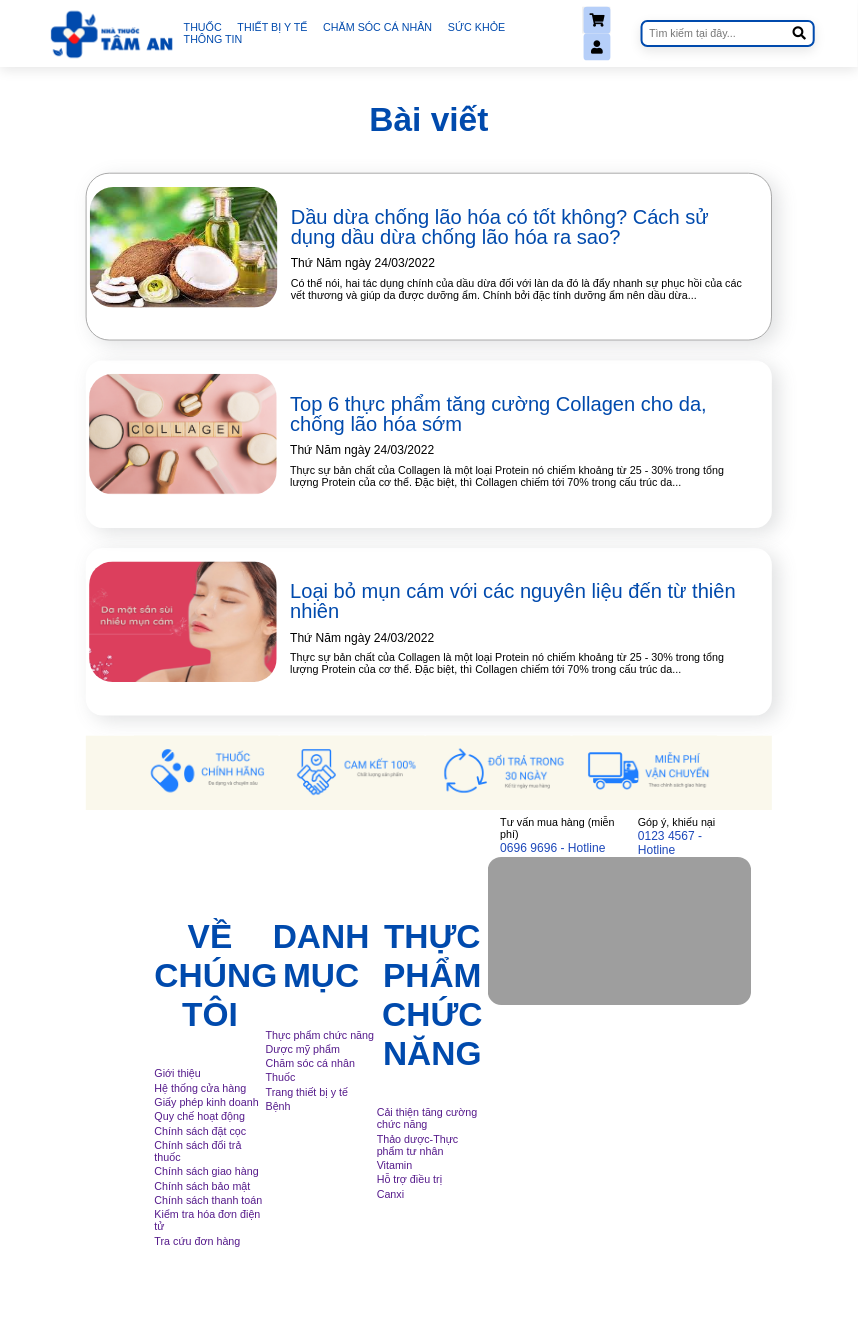
Repository: ViralAIWorks/TamAnPharmacy.github.io
Page: pages/chamsoccanhan.html
The author's editor kept a copy of each file at every save. The page is drawn from the files as they stood at one save, then again after the next save.
The browser window is 1280 px wide. The pictures show the whole page, at 67% of full size.
The pointer rests on the first visible `.t-news`.
Pictures or frames that could not be fetched are drawn as grey boxes. Some web fonts or font styles are not loaded; a fallback is used.

Above is the page before, as saved 2022-03-23 19:21:54.
Console error: ReferenceError: Swiper is not defined

### pages/chamsoccanhan.html
<!DOCTYPE html>
<html lang="en">

<head>
    <meta charset="UTF-8">
    <meta http-equiv="X-UA-Compatible" content="IE=edge">
    <meta name="viewport" content="width=device-width, initial-scale=1.0">
    <title>Sức Khỏe</title>
    <link rel="stylesheet" href="https://cdnjs.cloudflare.com/ajax/libs/font-awesome/5.15.4/css/all.min.css" />
    <link rel="stylesheet" href="./chamsoccanhan.css">
    <link rel="stylesheet" href="./style/style_cactrang.css">

</head>

<body>
    <header>
        <header class="header">
            <a href="../index.html">
                <img src="images/logo/logo2.png" width="200px" height="200px" alt="tamanlogo" />
            </a>
            <!--tao thanh navbar-->
            <nav class="navbar">
                <a href="../pages/Giohang/cart.html">THUỐC</a>
                <a href="../pages/Giohang/tbyt.html">THIẾT BỊ Y TẾ</a>
                <a href="../pages/chamsoccanhan.html">CHĂM SÓC CÁ NHÂN</a>
                <a href="../pages/suckhoe.html">SỨC KHỎE</a>
                <a href="../pages/thongtin.html">THÔNG TIN</a>
            </nav>
            <!--tao thanh tim kiem, gio hang va nutlogin-->
            <div class="icons">
                <div class="fas fa-search" id="search-btn"></div>
                <button id="cart">
                <div class="fas fa-shopping-cart" id="cart-btn" aria-hidden="true"></div>
            </button>

                <div class="fas fa-user" id="login-btn"></div>
            </div>

            <!--Tao form tim kiem-->
            <form action="" class="search-form">
                <input type="search" id="search-box" placeholder="Tìm kiếm tại đây..." />
                <label for="search-box" class="fas fa-search"></label>
            </form>

            <!--tao form login-->
            <form action="" class="login-form">
                <h3>Đăng nhập</h3>
                <input type="email" placeholder="Email" class="box">
                <br />
                <input type="password" placeholder="Password" class="box">
                <p>Quên mật khẩu? <a href="#">Click vào đây</a></p>
                <p>Chưa có tài khoản? <a href="pages/signupform.html">Đăng ký ngay</a></p>
                <input type="submit" value="Đăng Nhập" class="btn">
            </form>
        </header>
        <div class="ss-chuyende-news">
            <h2>Bài viết</h2>
            <!-- blog-1 -->
            <article class="t-news">
                <div class="blog-img">
                    <div>
                        <a href="blog/khoedep1.HTML">
                            <img src="./blog/22.jfif" alt="Dầu dừa chống lão hóa có tốt không? Cách sử dụng dầu dừa chống lão hóa ra sao?" class="loaded">
                        </a>
                    </div>
                </div>
                <div class="width-h3">
                    <div class="blog-link">
                        <a href="blog/khoedep1.HTML">
                        Dầu dừa chống lão hóa có tốt không? Cách sử dụng dầu dừa chống lão hóa ra sao?                        </a>
                    </div>
                    <br>
                    <div class="blog-content">
                        <span class="date">Thứ Năm ngày 24/03/2022</span>
                    </div>
                    <p>Có thể nói, hai tác dụng chính của dầu dừa đối với làn da đó là đẩy nhanh sự phục hồi của các vết thương và giúp da được dưỡng ẩm. Chính bởi đặc tính dưỡng ẩm nên dầu dừa...</p>
                </div>
            </article>
            <!-- khoedep1 -->
            <article class="t-news">
                <div class="blog-img">
                    <div>
                        <a href="blog/khoedep2.HTML">
                            <img src="./blog/23.png" alt="Top 6 thực phẩm tăng cường Collagen cho da, chống lão hóa sớm" class="loaded">
                        </a>
                    </div>
                </div>
                <div class="width-h3">
                    <div class="blog-link">
                        <a href="blog/khoedep2.HTML">
                        Top 6 thực phẩm tăng cường Collagen cho da, chống lão hóa sớm</a>
                    </div>
                    <br>
                    <div class="blog-content">
                        <span class="date">Thứ Năm ngày 24/03/2022</span>
                    </div>
                    <p>Thực sự bản chất của Collagen là một loại Protein nó chiếm khoảng từ 25 - 30% trong tổng lượng Protein của cơ thể. Đặc biệt, thì Collagen chiếm tới 70% trong cấu trúc da...</p>
                </div>
            </article>
            <!-- khoedep2 -->
            <article class="t-news">
                <div class="blog-img">
                    <div>
                        <a href="blog/khoedep3.HTML">
                            <img src="./blog/24.png" alt="Loại bỏ mụn cám với các nguyên liệu đến từ thiên nhiên" class="loaded">
                        </a>
                    </div>
                </div>
                <div class="width-h3">
                    <div class="blog-link">
                        <a href="blog/khoedep3.HTML">
                        Loại bỏ mụn cám với các nguyên liệu đến từ thiên nhiên </a>
                    </div>
                    <br>
                    <div class="blog-content">
                        <span class="date">Thứ Năm ngày 24/03/2022</span>
                    </div>
                    <p>Thực sự bản chất của Collagen là một loại Protein nó chiếm khoảng từ 25 - 30% trong tổng lượng Protein của cơ thể. Đặc biệt, thì Collagen chiếm tới 70% trong cấu trúc da...</p>
                </div>
            </article>
            <script src="../json/homepage.js"></script>

</body>
<footer>
    <div class="ft-bar">
        <div class="ft-display_img">
            <img src="../pages/images/Footer-ThongTin/thuoc.png" alt="">
            <img src="../pages/images/Footer-ThongTin/camket.png" alt=" ">
            <img src="../pages/images/Footer-ThongTin/doitra.png " alt="">
            <img src="../pages/images/Footer-ThongTin/free.png" alt="">
        </div>
    </div>
    <div class="list">
        <div class="footer-menu">
            <h2>VỀ CHÚNG TÔI</h2>
            <div class="ft-list">
                <a href=""> Giới thiệu </a>
                <a href=""> Hệ thống cửa hàng </a>
                <a href=""> Giấy phép kinh doanh </a>
                <a href=""> Quy chế hoạt động </a>
                <a href=""> Chính sách đặt cọc </a>
                <a href=""> Chính sách đổi trả thuốc </a>
                <a href=""> Chính sách giao hàng </a>
                <a href=""> Chính sách bảo mật </a>
                <a href=""> Chính sách thanh toán </a>
                <a href=""> Kiểm tra hóa đơn điện tử </a>
                <a href=""> Tra cứu đơn hàng </a>
            </div>
        </div>
        <div class="footer-menu">
            <h2>DANH MỤC</h2>
            <div class="ft-list">
                <a href=""> Thực phẩm chức năng </a>
                <a href=""> Dược mỹ phẩm </a>
                <a href=""> Chăm sóc cá nhân </a>
                <a href=""> Thuốc </a>
                <a href=""> Trang thiết bị y tế </a>
                <a href=""> Bệnh </a>
            </div>
        </div>
        <div class="footer-menu">
            <h2>THỰC PHẨM CHỨC NĂNG</h2>
            <div class="ft-list">
                <a href="">Cải thiện tăng cường chức năng</a>
                <a href=""> Thảo dược-Thực phẩm tư nhân </a>
                <a href=""> Vitamin </a>
                <a href=""> Hỗ trợ điều trị </a>
                <a href=""> Canxi </a>
            </div>
        </div>
        <div class="footer-contact_width ft-qr">
            <div class="ft-contact">
                <div>
                    <p class="ft-service">Tư vấn mua hàng (miễn phí)</p>
                    <a href="" class="phone" width="143px" height="25px">0696 9696 - Hotline</a>
                </div>
                <div>
                    <p class="ft-service">Góp ý, khiếu nại</p>
                    <a href="" class="phone" width="143px" height="25px">0123 4567 - Hotline</a>
                </div>
            </div>
            <div>
                <img src="../images/qrcode.jpg" width="80%" class="qr-border" alt="">
            </div>
        </div>
    </div>
    </div>
</footer>

### pages/chamsoccanhan.css
@import url("https://fonts.googleapis.com/css2?family=Source+Sans+3:ital,wght@0,200;0,300;0,400;0,500;0,600;0,700;0,800;0,900;1,200;1,300;1,400;1,500;1,600;1,700;1,800;1,900&display=swap");
:root {
    --box-shadow: 0 0.5rem 1.5rem rgba(0, 0, 0, 0.1);
    --border: 0.2rem solid rgba(0, 0, 0, 0.1);
    --outline: 0.1rem solid rgba(0, 0, 0, 0.1);
    --outline-hover: 0.2rem solid var(--black);
}


/*css cho nen trang web*/

* {
    font-family: "Source Sans 3", sans-serif;
    padding: 0px;
    margin: 0px;
    box-sizing: border-box;
    outline: none;
    border: none;
    text-decoration: none;
    text-transform: None;
    transition: all 0.2s linear;
}

body {
    margin: 0 auto;
    width: auto;
}


/*html*/

html {
    font-size: 75%;
}


/*css cho header*/

.header {
    display: flex;
    justify-content: space-between;
    align-items: center;
    padding: 0px 5%;
    position: fixed;
    top: 0;
    left: 0;
    right: 0;
    background: white;
    z-index: 1000;
    box-shadow: var(--box-shadow);
    max-height: 100px;
}

.header .logo {
    cursor: pointer;
}

.header .navbar a {
    font-size: 16px;
    font-family: "Source Sans 3", sans-serif;
    color: #004aad;
    font-weight: 500;
    text-decoration: none;
    transition: all 0.3s ease 0s;
    display: inline-block;
    padding: 0px 10px;
}


/*hover: hieu ung khi di chuot toi vi tri*/

.header .navbar a:hover {
    color: aqua;
}

.header .icons div:hover {
    color: white;
}

.header .search-form label:hover {
    color: Highlight;
}

.header .icons div {
    height: 40px;
    width: 40px;
    line-height: 40px;
    border-radius: 5px;
    background: #b6cff9;
    color: var(--black);
    font-size: 20px;
    margin-left: 2px;
    cursor: pointer;
    text-align: center;
}


/*an icon tim kiem lon*/

#search-btn {
    display: none;
}

.header .search-form {
    position: sticky;
    overflow: hidden;
    border-radius: 10px;
    display: flex;
    box-shadow: var(--box-shadow);
    align-items: center;
    width: auto;
    height: 40px;
    border-style: solid;
    border-color: #004aad;
}

.header .search-form.active {
    right: 2rem;
    transition: 0.4s linear;
}

.header .search-form input {
    height: 100%;
    width: 100%;
    background: none;
    text-transform: none;
    font-size: 16px;
    color: var(--black);
    padding: 0px 10px;
}


/* icon kính lúp*/

.header .search-form label {
    font-size: 20px;
    padding-right: 10px;
    color: var(--black);
    cursor: pointer;
}


/*form dang nhap*/

.header .login-form {
    position: absolute;
    top: 110%;
    right: -110%;
    width: 25%;
    box-shadow: var(--box-shadow);
    padding: 20px;
    border-radius: 7px;
    background: #fff;
    text-align: left;
    font-family: 'Source Sans 3';
    border-style: solid;
    border-width: 2px;
    border-color: #004aad;
}

.header .login-form h3 {
    font-size: 22px;
    text-transform: uppercase;
    color: #004aad;
    font-family: 'Source Sans 3';
    text-align: center;
}

.header .login-form .box {
    margin: 5px;
    border-radius: 7px;
    width: 100%;
    padding: 8px;
    font-size: 16px;
    color: black;
    background: #eee;
    text-transform: none;
}

.header .login-form p {
    font-size: 14px;
    padding: 5px;
}

.header .login-form.active {
    right: 32px;
    transition: 0.5s linear;
}

.ss-chuyende-news {
    margin: 10% 10%;
}

.ss-chuyende-news h2 {
    margin-top: 150px;
    margin-bottom: 50px;
    color: #004aad;
    font-size: 50px;
    text-align: center;
}

.logo {
    width: 200px;
    height: 200px;
}

.loaded {
    width: 280px;
    height: 180px;
    border-radius: 35px;
}

.blog-link a {
    color: #004aad;
    font-size: 30px;
    line-height: 30px;
}

.date {
    font-size: 18px;
}

p {
    font-size: 16px;
}

.width-h3 {
    font-family: 36px;
    margin-left: 2%;
    margin-bottom: 10%;
}

article {
    display: flex;
    margin-bottom: 30px;
    padding: 20px 25px 20px 5px;
}

.blog-link {
    margin-top: 30px;
}

.blog-content {
    margin-bottom: 10px;
}

.t-news {
    height: 250px;
    border-radius: 25px;
    box-shadow: rgba(100, 103, 111, 0.2) 10px 7px 29px 0px;
}

.t-news:hover {
    border: 0.5px solid grey;
    border-radius: 35px;
    box-shadow: rgba(100, 103, 111, 0.2) 10px 7px 29px 0px;
}

### pages/style/style_cactrang.css
/* <<<<<<< Updated upstream */

@import url("https://fonts.googleapis.com/css2?family=Source+Sans+3:ital,wght@0,200;0,300;0,400;0,500;0,600;0,700;0,800;0,900;1,200;1,300;1,400;1,500;1,600;1,700;1,800;1,900&display=swap");
:root {
    --box-shadow: 0 0.5rem 1.5rem rgba(0, 0, 0, 0.1);
    --border: 0.2rem solid rgba(0, 0, 0, 0.1);
    --outline: 0.1rem solid rgba(0, 0, 0, 0.1);
    --outline-hover: 0.2rem solid var(--black);
}


/*css cho nen trang web*/

* {
    font-family: "Source Sans 3", sans-serif;
    padding: 0px;
    margin: 0px;
    box-sizing: border-box;
    outline: none;
    border: none;
    text-decoration: none;
    text-transform: None;
    transition: all 0.2s linear;
}

body {
    margin: 0 auto;
    width: auto;
    overflow-x: hidden;
}


/*html*/

html {
    font-size: 75%;
}


/*css cho header*/

.header {
    display: flex;
    justify-content: space-between;
    align-items: center;
    padding: 0px 5%;
    position: fixed;
    top: 0;
    left: 0;
    right: 0;
    background: white;
    z-index: 1000;
    box-shadow: var(--box-shadow);
    max-height: 100px;
}

.header .logo {
    cursor: pointer;
}

.header .navbar a {
    font-size: 16px;
    font-family: "Source Sans 3", sans-serif;
    color: #004aad;
    font-weight: 500;
    text-decoration: none;
    transition: all 0.3s ease 0s;
    display: inline-block;
    padding: 0px 10px;
}


/*hover: hieu ung khi di chuot toi vi tri*/

.header .navbar a:hover {
    color: aqua;
}

.header .icons div:hover {
    color: white;
}

.header .search-form label:hover {
    color: Highlight;
}

.header .icons div {
    height: 40px;
    width: 40px;
    line-height: 40px;
    border-radius: 5px;
    background: #b6cff9;
    color: var(--black);
    font-size: 20px;
    margin-left: 2px;
    cursor: pointer;
    text-align: center;
}


/*an icon tim kiem lon*/

#search-btn {
    display: none;
}

.header .search-form {
    position: sticky;
    overflow: hidden;
    border-radius: 10px;
    display: flex;
    box-shadow: var(--box-shadow);
    align-items: center;
    width: auto;
    height: 40px;
    border-style: solid;
    border-color: #004aad;
}

.header .search-form.active {
    right: 2rem;
    transition: 0.4s linear;
}

.header .search-form input {
    height: 100%;
    width: 100%;
    background: none;
    text-transform: none;
    font-size: 16px;
    color: var(--black);
    padding: 0px 10px;
}


/* icon kính lúp*/

.header .search-form label {
    font-size: 20px;
    padding-right: 10px;
    color: var(--black);
    cursor: pointer;
}


/*form dang nhap*/

.header .login-form {
    position: absolute;
    top: 110%;
    right: -110%;
    width: 25%;
    box-shadow: var(--box-shadow);
    padding: 20px;
    border-radius: 7px;
    background: #fff;
    text-align: left;
    font-family: 'Source Sans 3';
    border-style: solid;
    border-width: 2px;
    border-color: #004aad;
}

.header .login-form h3 {
    font-size: 22px;
    text-transform: uppercase;
    color: #004aad;
    font-family: 'Source Sans 3';
    text-align: center;
}

.header .login-form .box {
    margin: 5px;
    border-radius: 7px;
    width: 100%;
    padding: 8px;
    font-size: 16px;
    color: black;
    background: #eee;
    text-transform: none;
}

.header .login-form p {
    font-size: 14px;
    padding: 5px;
}

.header .login-form.active {
    right: 32px;
    transition: 0.5s linear;
}


/*end formlogin*/


/*Picture*/

#aboutus-picture {
    position: center;
    width: 100%;
    height: 100%;
    display: block;
    padding-top: 2%;
}


/*Page Thong Tin*/

.pagethongtin {
    margin-top: 100px;
    margin-left: 5%;
    margin-right: 5%;
    font-family: "Source Sans 3", sans-serif;
    font-size: large;
}

main div h3 {
    text-align: center;
}

main div p {
    text-indent: 1cm;
    text-align: justify;
    margin: 1px 10%;
    padding-bottom: 0.5cm;
}

main {
    display: grid;
    grid-template-rows: auto;
}

.titleSize {
    font-size: xx-large;
    margin-bottom: 30px;
    color: #004aad;
}

.flex-vision {
    margin-right: 10%;
}

.flex-info,
.flex-vision {
    display: flex;
    width: 100%;
}

.content div {
    margin-top: 2%;
}

.align-p {
    color: #004aad;
    margin: 0 10%;
}

.flex-des {
    display: flex;
}

.content-width_1 {
    position: relative;
}

.content-width_3 {
    margin-left: 5%;
}

#img3-position {
    text-align: right;
    border-radius: 10%;
}

.img25-position {
    border-radius: 10%;
}

.list {
    display: flex;
    margin-left: 10%;
    margin-top: 1%;
    text-align: left;
}

.footer-menu {
    width: 18%;
}

.footer-contact_width {
    width: 40%;
}

.ft-list {
    display: grid;
    font-size: medium;
}

.ft-list a {
    padding: 1% 0;
    width: auto
}

.ft-contact {
    display: flex;
}

.ft-contact div {
    padding-left: 5%;
    font-size: large;
}

.phone {
    color: #1d48ba;
    display: inline;
}

.ft-bar {
    background-color: #faf8ec;
    margin-top: 10px;
    width: 100%;
}

.ft-display_img {
    display: block;
    position: relative;
    left: 7%;
    justify-content: space-between;
}

.ft-display_img img {
    width: 21%;
}

.qr-border {
    border-radius: 20px;
    display: block;
    width: 32.75em;
    height: 18.416666666666668em;
}

### json/homepage.js
// index.html json
//signin form
let loginForm = document.querySelector('.login-form');
document.querySelector('#login-btn').onclick = () => {
    loginForm.classList.toggle('active');
}



var swiper = new Swiper(".product-slider", {
    loop: true,
    spaceBetween: 20,
    autoplay: {
        delay: 7500,
        disableOnInteraction: false,
    },
    centeredSlides: true,
    breakpoints: {
        0: {
            slidesPerView: 1,
        },
        768: {
            slidesPerView: 2,
        },
        1020: {
            slidesPerView: 3,
        },
    },
});

After the next save:
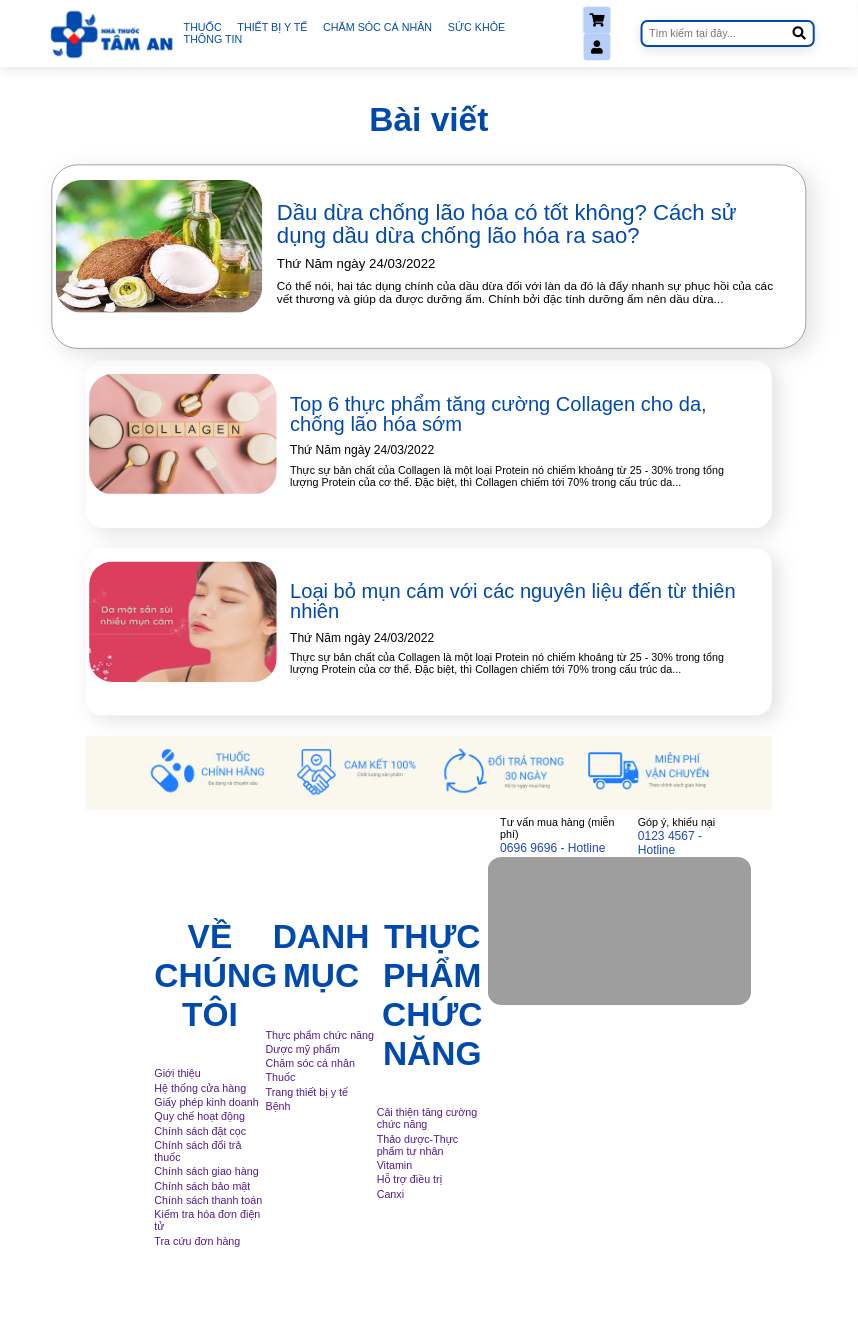
Saved 106 s later.
--- a/pages/chamsoccanhan.css
+++ b/pages/chamsoccanhan.css
@@ -254,4 +254,5 @@
     border: 0.5px solid grey;
     border-radius: 35px;
     box-shadow: rgba(100, 103, 111, 0.2) 10px 7px 29px 0px;
-}
+    transform: scale(1.1);
+}
